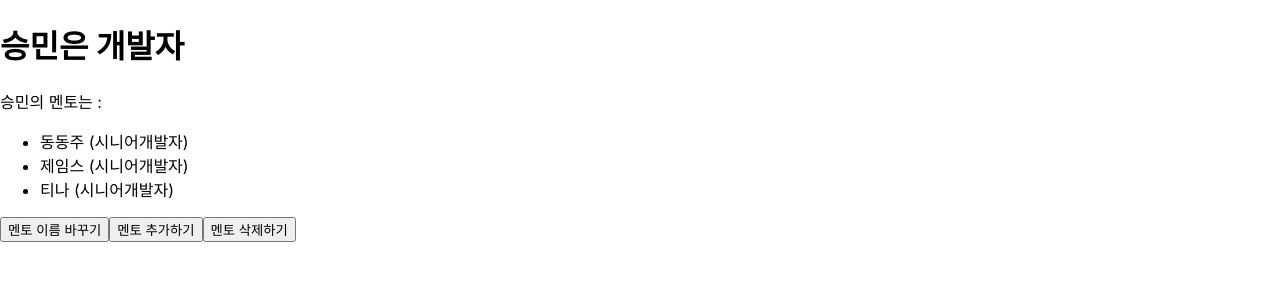
Repository: dnjfht/css-example
Page: /
An editor plug-in stored every save of this project. The page is shown before and after the next save, followed by the edit.
The browser window is 1280 px wide. The pictures show the whole page.
The project was rebuilt for these pictures with package versions that can differ from the ones it lists, and the page was loaded fresh each time. Some packages were replaced by stand-ins written for this rebuild.

Above is the page before, as saved 2023-05-10 21:55:11.

### src/App.js
import React from "react";
import { useImmer } from "use-immer";

export default function App() {
  // const [person, setPerson] = useState(initialState);
  const initialState = {
    name: "승민",
    title: "개발자",
    mentors: [
      {
        name: "동동주",
        title: "시니어개발자",
      },
      {
        name: "제임스",
        title: "시니어개발자",
      },
      {
        name: "티나",
        title: "시니어개발자",
      },
    ],
  };

  const [person, updatePerson] = useImmer(initialState);

  const handleUpdate = () => {
    const prev = prompt("누구의 이름을 바꾸고 싶은가요?");
    const current = prompt("이름을 무엇으로 바꾸고 싶은가요?");

    updatePerson((person) => {
      const mentor = person.mentors.find((m) => m.name === prev);
      // find() 메서드는 주어진 판별 함수를 만족하는 첫 번째 요소의 값을 반환
      mentor.name = current;
    });
    // 실제로 객체 자체를 업데이트하는 것처럼 보이지만
    // 내부적으로는 새로운 person이라는 객체를 만들어서 업데이트하는 부분만 변경해주는 것.
  };

  const ClickAddMentor = () => {
    const currentName = prompt("추가하고 싶은 멘토의 이름은 무엇입니까?");
    const currentJob = prompt("추가하고 싶은 멘토의 직업은 무엇입니까?");

    updatePerson((person) =>
      person.mentors.push({ name: currentName, title: currentJob })
    );
  };

  const ClickDeleteMentor = () => {
    const prev = prompt("삭제할 멘토의 이름은 무엇입니까?");

    const index = person.mentors.findIndex((m) => m.name === prev);
    person.mentors.splice(index, 1);
    // index부터 1나만 삭제하고 나머지는 배열로 출력.
    // 직접적으로 값을 수정하는 방식.
  };

  return (
    <div>
      <h1>
        {person.name}은 {person.title}
      </h1>
      <p>{person.name}의 멘토는 :</p>
      <ul>
        {person.mentors.map((mentor, index) => {
          return (
            <li key={index}>
              {mentor.name} ({mentor.title})
            </li>
          );
        })}
      </ul>
      <button onClick={handleUpdate}>멘토 이름 바꾸기</button>
      <button onClick={ClickAddMentor}>멘토 추가하기</button>
      <button onClick={ClickDeleteMentor}>멘토 삭제하기</button>
    </div>
  );
}

Loaded but not shown: public/index.html (common file); src/index.js (common file); src/index.css (common file); src/reportWebVitals.js (common file)

After the next save:
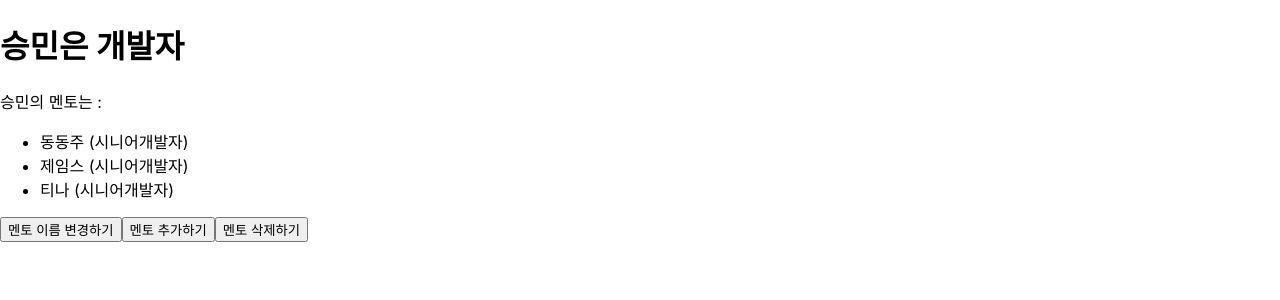
Saved 4 s later.
--- a/src/App.js
+++ b/src/App.js
@@ -70,7 +70,7 @@ export default function App() {
           );
         })}
       </ul>
-      <button onClick={handleUpdate}>멘토 이름 바꾸기</button>
+      <button onClick={handleUpdate}>멘토 이름 변경하기</button>
       <button onClick={ClickAddMentor}>멘토 추가하기</button>
       <button onClick={ClickDeleteMentor}>멘토 삭제하기</button>
     </div>
